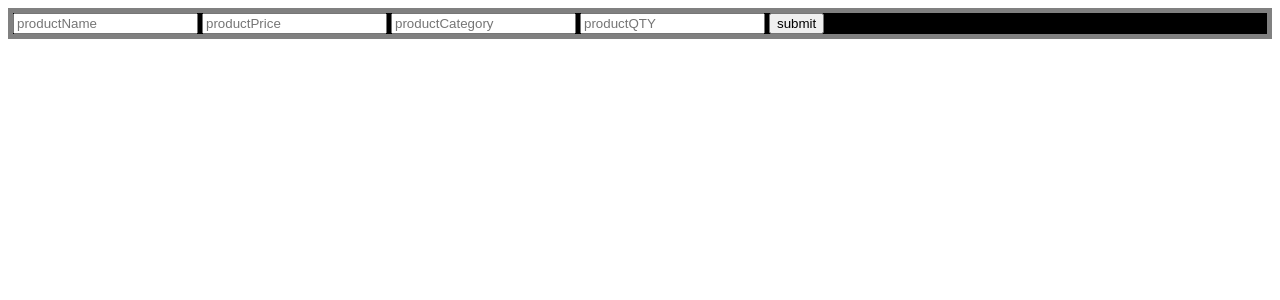
Repository: AbhishekPawshekar/Hibernate-Notes
Page: Convert_DynamicWebApplication_to_Maven/src/main/webapp/index.html
An editor plug-in stored every save of this project. The page is shown before and after a run of saves, followed by the edit.
The browser window is 1280 px wide. The pictures show the whole page.

Above is the page before, as saved 2024-03-16 04:14:17.

### Convert_DynamicWebApplication_to_Maven/src/main/webapp/index.html
<!DOCTYPE html>
<html>
<head>
<meta charset="ISO-8859-1">
<title>Insert title here</title>
</head>
<body>

<form action="productinfo" method="Post" style=" background:black;color:white;border:5px solid grey; align-items:center;">
<input type="text" placeholder="productName" name="pn"/>
<input type="number" placeholder="productPrice" name="pp"/>
<input type="text" placeholder="productCategory" name="pc"/>
<input type="number" placeholder="productQTY" name="pq"/>
<input type="submit" value="submit"/>
</form>
</body>
</html>

After the next 2 saves:
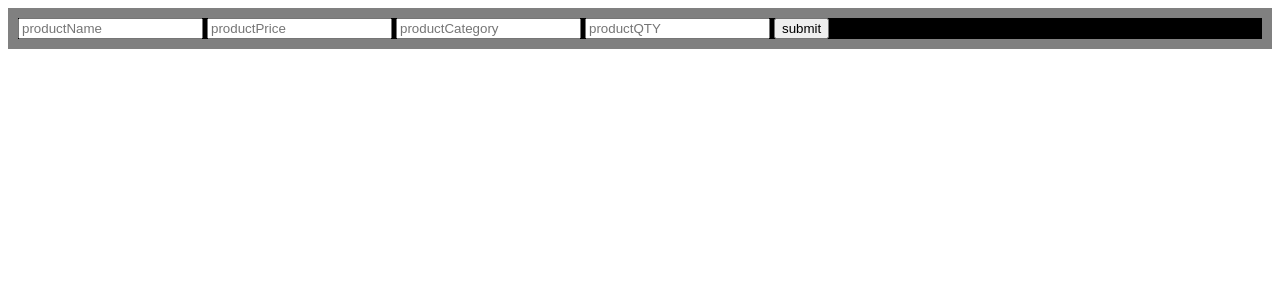
The 2 saves are shown as one change because they came seconds apart.
The last was saved 16 s later.
--- a/Convert_DynamicWebApplication_to_Maven/src/main/webapp/index.html
+++ b/Convert_DynamicWebApplication_to_Maven/src/main/webapp/index.html
@@ -6,7 +6,7 @@
 </head>
 <body>
 
-<form action="productinfo" method="Post" style=" background:black;color:white;border:5px solid grey; align-items:center;">
+<form action="productinfo" method="Post" style=" background:black;color:white;border:10px solid grey; align-items:center;">
 <input type="text" placeholder="productName" name="pn"/>
 <input type="number" placeholder="productPrice" name="pp"/>
 <input type="text" placeholder="productCategory" name="pc"/>
